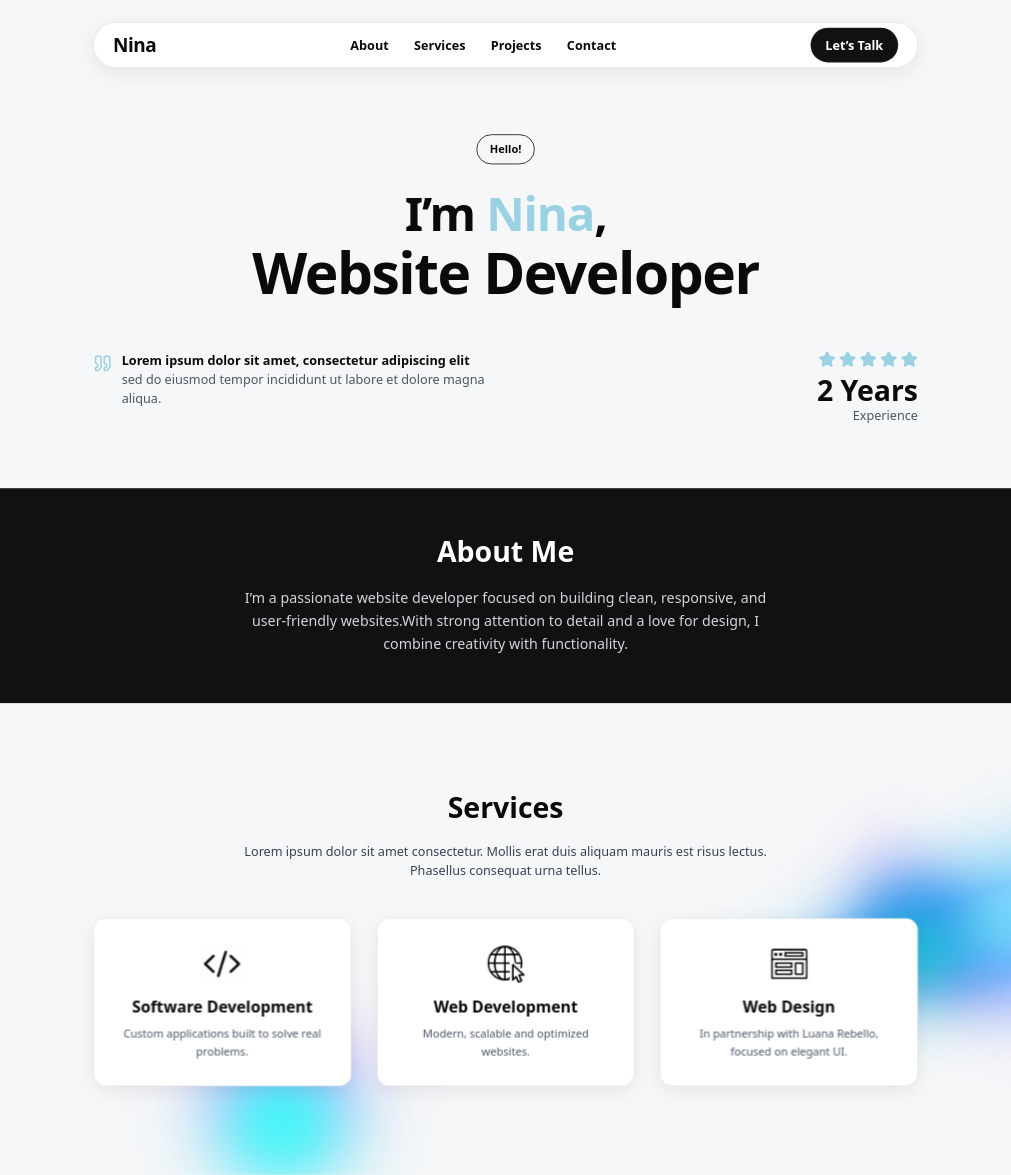
Repository: nina-rebello/portfolio
Page: /
These files come from the project's save history. The page is drawn as it stood at one moment and after the next save; the edit follows.
The browser window is 1280 px wide. The pictures show the whole page, at 79% of full size.
The project was rebuilt for these pictures with package versions that can differ from the ones it lists, and the page was loaded fresh each time. The framework's server and built-in components were replaced by stand-ins that run in the browser. Also part of the build but not shown: next.config.ts.

Above is the page before, as saved 2025-09-11 16:05:42.

After the next save:
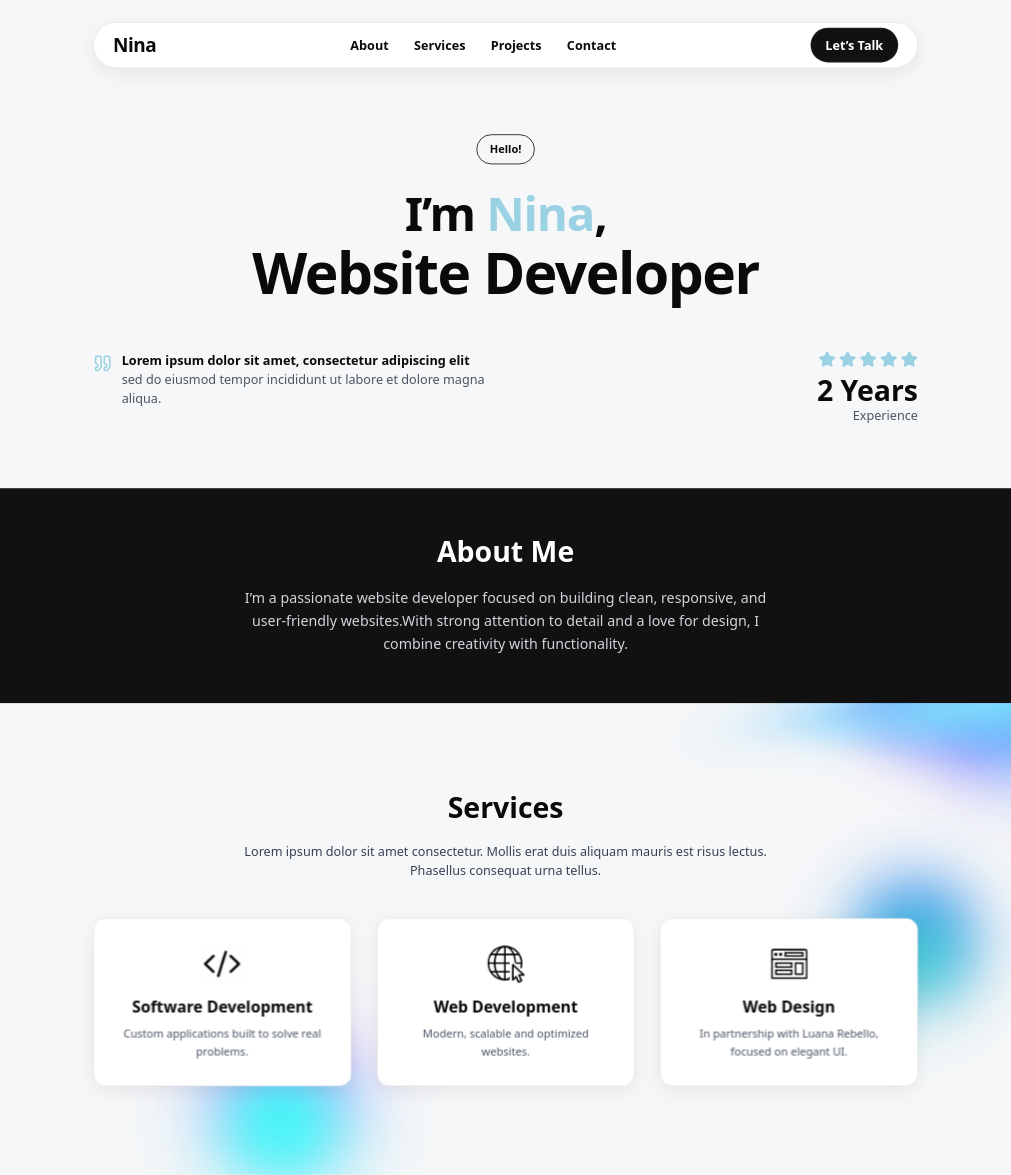
Saved 4 s later.
--- a/components/sections/Services.tsx
+++ b/components/sections/Services.tsx
@@ -28,7 +28,7 @@ export default function Services() {
           alt=""
           width={1400}
           height={1000}
-          className="absolute -top-8 left-200 w-[1000px] opacity-80"
+          className="absolute -top-80 left-200 w-[1000px] opacity-80"
           priority
         />
         <Image
